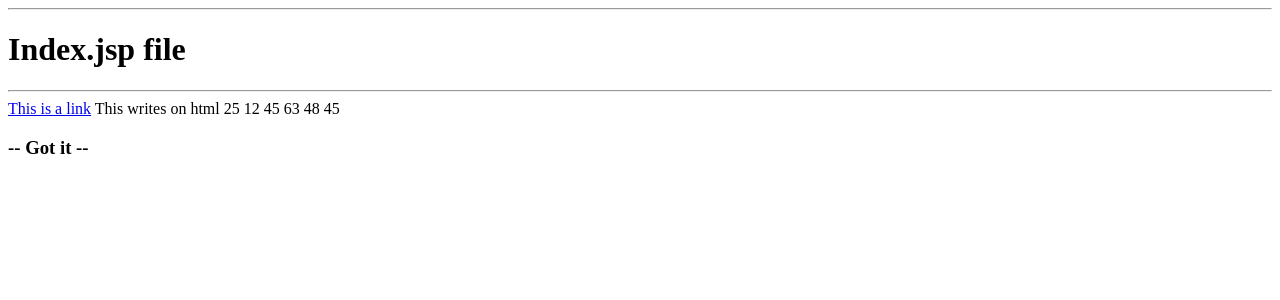
Repository: suraj-repositories/java-practice-2-advance-java-1
Page: http://localhost/Ad_09_JSPuse/
The author's editor kept a copy of each file at every save. The page is drawn from the files as they stood at one save, then again after the next save.
The browser window is 1280 px wide. The pictures show the whole page.
The page is served by Tomcat 9. Other server files are loaded and not shown.

Above is the page before, as saved 2023-07-21 12:56:03.

### Ad_09_JSPuse/src/main/webapp/index.jsp
<%@ page language="java" contentType="text/html; charset=ISO-8859-1"
    pageEncoding="ISO-8859-1"%>
<!DOCTYPE html>
<html>
<head>
<meta charset="ISO-8859-1">
<title>Insert title here</title>
</head>
<body>
<hr>
<h1>Index.jsp file</h1>
<hr>
<a href="link">This is a link</a>

<!-- DECLARATION -->
<%!


%>

<!-- SCTIPT LIT -->
<%	// you can write java & html both in jsp file

	System.out.println("hello world");
	int i=90;
	int j=89;
	System.out.println("sum = " +(i+j));

	out.write("This writes on html");
%>

<%
	int arr[] = new int[]{25,12,45,63,48,45};

	for(int index : arr){%>
		<%= index %>
	<%}


%>

<h3> -- Got it --</h3>
</body>
</html>

After the next save:
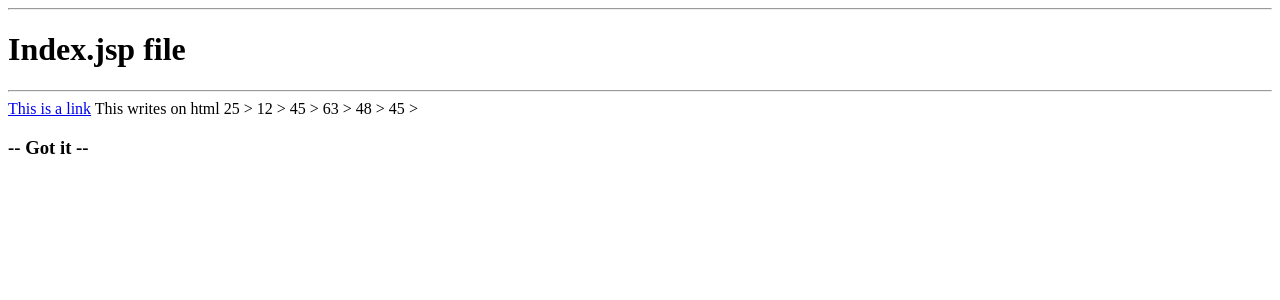
Saved 40 s later.
--- a/Ad_09_JSPuse/src/main/webapp/index.jsp
+++ b/Ad_09_JSPuse/src/main/webapp/index.jsp
@@ -33,7 +33,7 @@
 	int arr[] = new int[]{25,12,45,63,48,45};
 
 	for(int index : arr){%>
-		<%= index %>
+		<%= index %> 		<!--  initialize -->>
 	<%}
 
 
